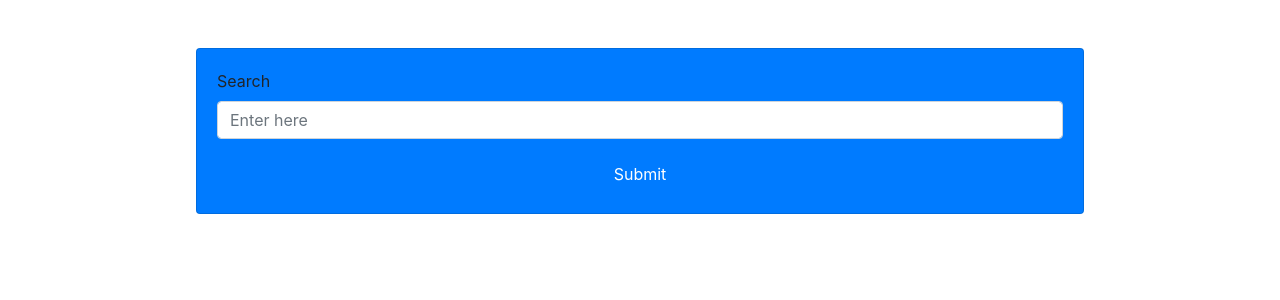
Repository: parvaizsajad/SpringFrameWork
Page: http://localhost/com.springMvc.search/home
The author's editor kept a copy of each file at every save. The page is drawn from the files as they stood at one save, then again after the next save.
The browser window is 1280 px wide. The pictures show the whole page.
Some web libraries are served in a nearby version. The page is served by Tomcat 9.

Above is the page before, as saved 2021-09-10 09:31:44.

After the next save:
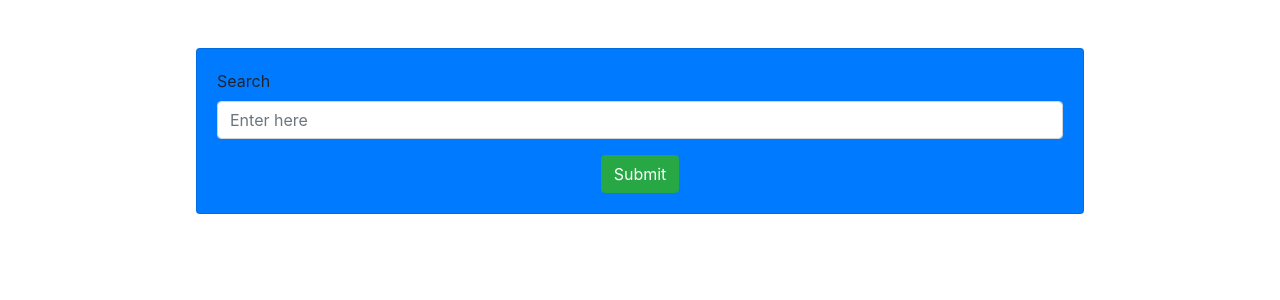
Saved 29 s later.
--- a/com.springMvc.search/src/main/webapp/WEB-INF/views/home.jsp
+++ b/com.springMvc.search/src/main/webapp/WEB-INF/views/home.jsp
@@ -25,7 +25,7 @@
 
   </div>
   <div style="text-align: center">
-    <button type="submit" class="btn btn-primary">Submit</button>
+    <button type="submit" class="btn btn-success">Submit</button>
   </div>
 
 </form>
